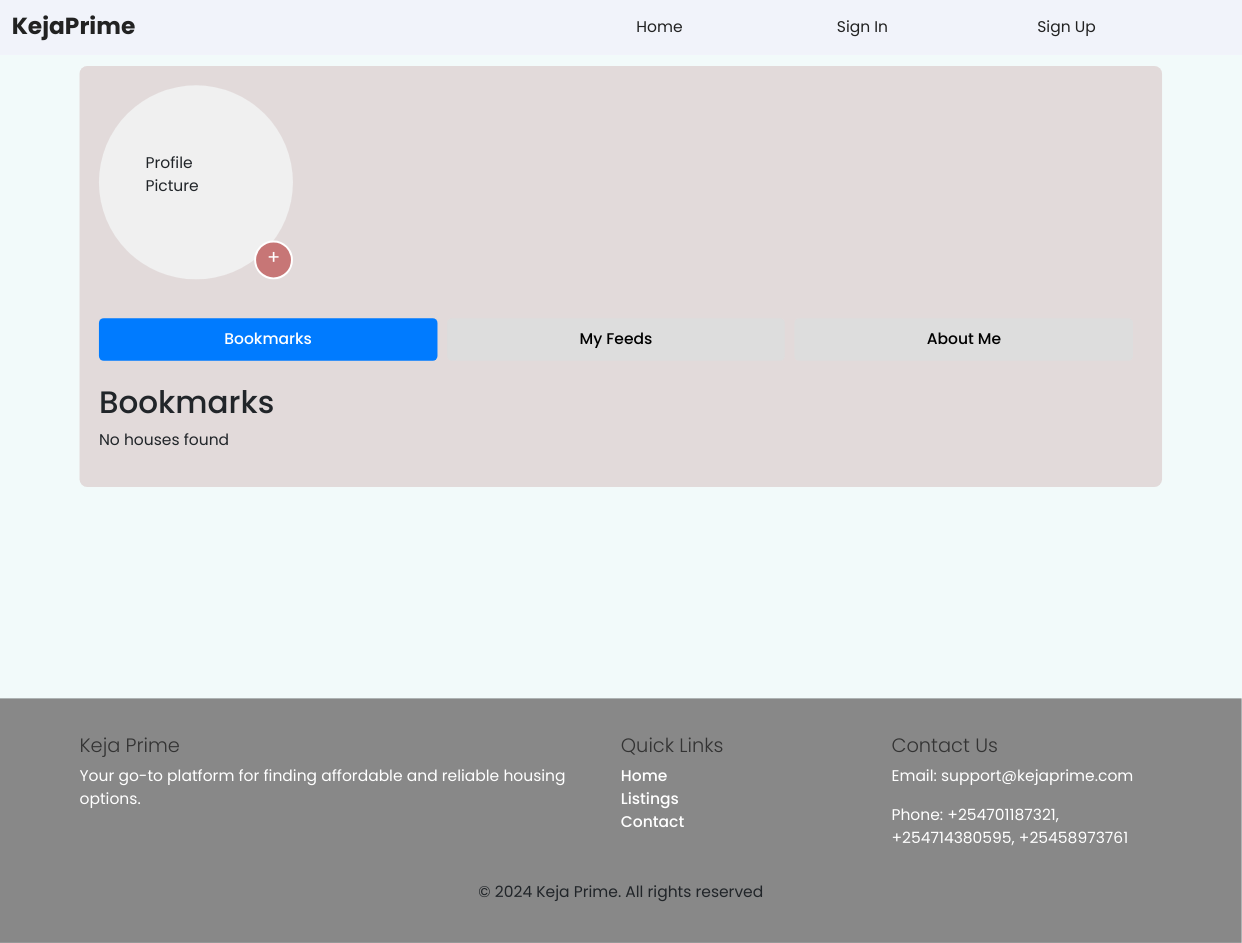
Repository: Pascal7601/kejaPrime
Page: /profile (app in frontend/)
These files come from the project's save history. The page is drawn as it stood at one moment and after the next save; the edit follows.
The browser window is 1280 px wide. The pictures show the whole page, at 97% of full size.
The page's requests for data from a server got no answer. The project was rebuilt for these pictures with package versions that can differ from the ones it lists, and the page was loaded fresh each time. No one was signed in, and anything a server would have sent is missing. Also part of the build but not shown: frontend/vite.config.js, frontend/src/styles/HeroSection.css, frontend/src/components/HeroSection.jsx, frontend/src/pages/Home.jsx, frontend/src/components/Houses.jsx, frontend/src/pages/Listings.jsx, frontend/src/styles/PostHouse.css, frontend/src/pages/PostHouse.jsx and 10 more.

Above is the page before, as saved 2024-10-22 14:45:54.

### frontend/index.html
<!doctype html>
<html lang="en">
  <head>
    <meta charset="UTF-8" />
    <link rel="icon" type="image/svg+xml" href="../frontend/src/assets/favicon.svg" />
    <meta name="viewport" content="width=device-width, initial-scale=1.0" />
    <script src="https://cdn.jsdelivr.net/npm/@popperjs/core@2.11.6/dist/umd/popper.min.js"></script>
    <script src="https://cdn.jsdelivr.net/npm/bootstrap@5.2.0/dist/js/bootstrap.bundle.min.js"></script>
    <link rel="preconnect" href="https://fonts.googleapis.com">
    <link rel="preconnect" href="https://fonts.gstatic.com" crossorigin>
    <link href="https://fonts.googleapis.com/css2?family=Poppins:ital,wght@0,100;0,200;0,300;0,400;0,500;0,600;0,700;0,800;0,900;1,100;1,200;1,300;1,400;1,500;1,600;1,700;1,800;1,900&display=swap" rel="stylesheet">
    <title>KejaPrime</title>
  </head>
  <body>
    <div id="root"></div>
    <script type="module" src="/src/main.jsx"></script>
  </body>
</html>

### frontend/src/App.jsx
import React from 'react';
import { BrowserRouter as Router, Route, Routes } from 'react-router-dom';
import { AuthProvider } from './utils/AuthContext';
import Home from './pages/Home';
import Listings from './pages/Listings';
import ProfilePage from './pages/ProfilePage';
import SignUp from './components/SignUp';
import FeedsPage from './pages/FeedsPage'
import PostHouse from './pages/PostHouse';
import SignIn from './components/SignIn';
import Dashboard from './components/Dashboard';

import './App.css';

function App() {

  return (
    <AuthProvider>
      <Router>
            <Routes>
              <Route path="/Sign-up" element={<SignUp />} />
              <Route path="/Sign-in" element={<SignIn />} />
              <Route path="/" element={<Home />} />
              <Route path="/home" element={<Home />} />
              <Route path="/dashboard" element={<Dashboard />} />
              <Route path="/feeds" element={<FeedsPage />} />
              <Route path="/listings" element={<Listings />} />
              <Route path="/profile" element={<ProfilePage />} />
              <Route path="/post-house" element={<PostHouse />} />
            </Routes>
      </Router>
    </AuthProvider>
  );
}

export default App

### frontend/src/utils/AuthContext.jsx
import React, { createContext, useEffect, useState } from 'react';
import axios from 'axios';

export const AuthContext = createContext();

export const AuthProvider = ({ children }) => {
  const [isLoggedIn, setIsLoggedIn] = useState(false);
  const [userType, setUserType] = useState('');  // Manage roles (landlord, tenant, etc.)
  const [accessToken, setAccessToken] = useState(null);

  // Fetch token from localStorage on mount
  useEffect(() => {
    const storedToken = localStorage.getItem('access_token');
    if (storedToken) {
      setAccessToken(storedToken);
      checkAuthStatus(storedToken);  // Check if token is still valid
    }
  }, []);

  // Store or remove the token from localStorage when `accessToken` changes
  useEffect(() => {
    if (accessToken) {
      localStorage.setItem('access_token', accessToken);
    } else {
      localStorage.removeItem('access_token');
    }
  }, [accessToken]);

  /**
   * Check if the user is authenticated based on the access token.
   * This function should ideally be called when the app starts (if there's a token).
   */
  const checkAuthStatus = async (token) => {
    if (!token) {
      setIsLoggedIn(false);
      return;
    }

    try {
      const response = await axios.get('http://localhost:8000/api/v1/users/profile', {
        headers: {
          Authorization: `Bearer ${token}`,
        },
      });

      if (response.status === 200) {
        setIsLoggedIn(true);
        setUserType(response.data.is_landlord ? 'landlord' : 'tenant');  // Adjust role
        console.log("User type:", response.data.is_landlord ? 'landlord' : 'tenant');
      } else {
        console.log('User not logged in');
        setIsLoggedIn(false);
        handleLogout();  // Clear token if the user is unauthorized
      }
    } catch (error) {
      console.error('Error checking authentication status:', error);
      setIsLoggedIn(false);
      handleLogout();  // Clear token in case of failure
    }
  };

  /**
   * Login function to authenticate the user and retrieve the access token.
   */
  const login = async (email, password) => {
    try {
      const response = await axios.post('http://localhost:8000/api/v1/auth/sign_in', { email, password });

      if (response.status === 200) {
        setAccessToken(response.data.access_token);
        setUserType(response.data.is_landlord ? 'landlord' : 'tenant');  // Determine role from response
        setIsLoggedIn(true);
      } else {
        console.error('Error logging in:', response.data);
      }
    } catch (error) {
      console.error('Error logging in:', error);
    }
  };

  /**
   * Logout function to clear user session and token.
   */
  const logout = () => {
    setIsLoggedIn(false);
    setUserType('');
    setAccessToken(null);
    localStorage.removeItem('access_token');
  };

  /**
   * Optionally refresh the token if needed (implement if your backend supports token refreshing).
   */

  return (
    <AuthContext.Provider value={{ isLoggedIn, userType, login, logout }}>
      {children}
    </AuthContext.Provider>
  );
};

### frontend/src/pages/ProfilePage.jsx
import React from 'react';
import Profile from "../components/Profile";
import "../styles/ProfilePage.css";

const ProfilePage = () => {
	return (
		<>
			<Profile />
		</>
	);
}

export default ProfilePage;

### frontend/src/App.css
@import url('https://fonts.googleapis.com/css2?family=Poppins:ital,wght@0,100;0,200;0,300;0,400;0,500;0,600;0,700;0,800;0,900;1,100;1,200;1,300;1,400;1,500;1,600;1,700;1,800;1,900&display=swap');
*{
	font-family: "Poppins", sans-serif;
	margin: 0;
	padding: 0;
	width: 100%;
	box-sizing: border-box;
}

body {
	margin: 0;
	font-family: "Poppins", sans-serif;
	width: 100%;
	background-color: rgb(229, 245, 245);
}

### frontend/src/components/Navbar.jsx
import React from 'react';
import { useContext } from 'react';
import { AuthContext } from '../utils/AuthContext';
import { Link, useNavigate } from 'react-router-dom';
import 'bootstrap/dist/css/bootstrap.min.css';
import '../styles/Navbar.css';


function Navbar() {
  // Destructure values from AuthContext
  const { isLoggedIn, userType, logout } = useContext(AuthContext);

  const navigate = useNavigate();

  const handleLogout = () => {
    navigate('/sign-in');
    logout(); // Call the logout function from AuthContex
  };

  return (
    <nav className="navbar navbar-expand-lg custom-navbar fixed-top">
      <div className="container-fluid">
        <Link className="navbar-brand" to="/">
          <h1>
            Keja<span>Prime</span>
          </h1>
        </Link>
        <button
          className="navbar-toggler"
          type="button"
          data-bs-toggle="collapse"
          data-bs-target="#navbarNav"
          aria-controls="navbarNav"
          aria-expanded="false"
          aria-label="Toggle navigation"
        >
          <span className="navbar-toggler-icon"></span>
        </button>
        <div className="collapse navbar-collapse" id="navbarNav">
          <ul className="navbar-nav">
            {/* Home link always available */}
            <li className="nav-item">
              <Link className="nav-link" to="/">
                Home
              </Link>
            </li>

            {isLoggedIn ? (
              <>
                {/* Tenant-specific links */}
                {userType === 'tenant' && (
                  <>
                    <li className="nav-item">
                      <Link className="nav-link" to="/dashboard">
                        Apartments
                      </Link>
                    </li>
                    {/* <li className="nav-item">
                      <Link className="nav-link" to="/listings">
                        Listings
                      </Link>
                    </li> */}
                    <li className="nav-item">
                      <Link className="nav-link" to="/feeds">
                        Feeds
                      </Link>
                    </li>
                    <li className="nav-item">
                      <Link className="nav-link" to="/profile">
                        Profile
                      </Link>
                    </li>
                  </>
                )}

                {/* Landlord-specific links */}
                {userType === 'landlord' && (
                  <>
                    <li className="nav-item">
                      <Link className="nav-link" to="/dashboard">
                        Apartments
                      </Link>
                    </li>
                    <li className="nav-item">
                      <Link className="nav-link" to="/profile">
                        Profile
                      </Link>
                    </li>
                  </>
                )}

                {/* Logout button available when logged in */}
                <li className="nav-item">
                  <button className="nav-link btn" onClick={handleLogout}>
                    Logout
                  </button>
                </li>
              </>
            ) : (
              // Display Sign In/Sign Up links when not logged in
              <>
                <li className="nav-item">
                  <Link className="nav-link" to="/sign-in">
                    Sign In
                  </Link>
                </li>
                <li className="nav-item">
                  <Link className="nav-link" to="/sign-up">
                    Sign Up
                  </Link>
                </li>
              </>
            )}
          </ul>
        </div>
      </div>
    </nav>
  );
}

export default Navbar;

### frontend/src/components/Footer.jsx
import React from 'react'
import 'bootstrap/dist/css/bootstrap.min.css';
import '../styles/Footer.css';

const Footer = () => {
	const currentYear = new Date().getFullYear();
  return (
	<footer className='footer py-4'>
		<div className='container'>
			<div className='row'>
				<div className='col-md-6'>
					<h5 className='footer-title'>Keja Prime</h5>
					<p className='footer-description'>
					Your go-to platform for finding affordable and reliable housing options.
					</p>
				</div>
				<div className="col-md-3">
					<h5 className="footer-links-title">Quick Links</h5>
            		<ul className="list-unstyled">
						<li><a href="/" className="text-white">Home</a></li>
              			<li><a href="/listings" className="text-white">Listings</a></li>
              			<li><a href="/contact" className="text-white">Contact</a></li>
            		</ul>
				</div>
				<div className='col-md-3'>
					<h5 className='footer-contact-title'> Contact Us</h5>
					<p>Email: support@kejaprime.com</p>
					<p>Phone: +254701187321, +254714380595, +25458973761</p>
				</div>
			</div>
			<div className='text-center mt-3'>
				<p className='text-dark'>&copy; {currentYear} Keja Prime. All rights reserved</p>
			</div>
		</div>
	</footer>
  );
};

export default Footer;

### frontend/src/styles/HomePage.css
.body-home{
	width: 100%;
	margin-top:20px;
}
.section-1{
	width: 100%;
	text-align: center;
}
.section-1 h2{
	font-size: 40px;
	font-weight: bold;
	color: #4ea685;
}
.about-us{
	display: flex;
	margin-top: 25px;
    flex-direction: row;
    align-items: center;
    justify-content: space-between;
    text-align: left;
	background-color: #F1F3FA;
	margin-bottom: 20px;
    padding: 20px;
    max-width: 100%;
}
.about-us img {
    max-width: 50%;
    height: 400px;
    border-radius: 8px;
    width: 400px
}

.about-us p {
    flex: 1;
    font-size: 1.1em;
    line-height: 2;
    margin-left: 15px;
    color: #333;
}


@media (max-width: 768px) {
    .about-us {
        flex-direction: column;
        text-align: center;
    }

    .about-us img {
        max-width: 80%;
        margin-bottom: 20px;
    }

    .about-us p {
		text-align: left;
        margin-left: 0;
        font-size: 1em;
    }
}

/**--------Goals-----------**/
.body-home h4{
	font-weight: 300;
}
.goals{
	display: flex;
	margin-top: 25px;
    flex-direction: row;
    align-items: center;
    justify-content: space-between;
    text-align: left;
	margin-bottom: 20px;
    padding: 20px;
    max-width: 100%;
}
.goals img {
    max-width: 50%;
    height: 400px;
    border-radius: 8px;
}

.p-goals {
	border: 1px solid red;
	display: flex;
	align-items: center;
	font-size: 1.1em;
	line-height: 2;
	color: #333;
}

.icon-wrapper {
	width: 20px;
	height: 20px;
	display: flex;
	justify-content: center;
	align-items: center;
}
.list {
	align-items: center;
	background: url( '../assets/circle.svg');
	background-repeat: no-repeat;
	font-size: 18px;
	line-height: 3rem;
	padding: 20px;
    text-align: left;
	background-position: calc(-50% - 20px) top;
	border-radius: 10px;
	box-shadow: 0 4px 6px #4ea685;
}
ul {
	border-radius: 10px;
	list-style: none;
}
.icon-wrapper svg circle {
	stroke-width: 2px;
	stroke-linecap: round;
	stroke-linejoin: round;
}

@media (max-width: 768px) {
    .goals {
        flex-direction: column;
        text-align: center;
    }

    .goals img {
        max-width: 80%;
        margin-bottom: 20px;
    }
	.list {
		background: none;
	}


    .goals p {
		text-align: left;
        margin-left: 0;
        font-size: 1em;
    }
}

### frontend/src/styles/Footer.css
.footer{
	background: #4ea685;
	color: #222222;
}

### frontend/src/styles/FeedsPage.css
@import url('https://fonts.googleapis.com/css2?family=Poppins:ital,wght@0,100;0,200;0,300;0,400;0,500;0,600;0,700;0,800;0,900;1,100;1,200;1,300;1,400;1,500;1,600;1,700;1,800;1,900&display=swap');
.right-side::-webkit-scrollbar {
    display: none;
}
body {
    -ms-overflow-style: none;
    scrollbar-width: none;
}
.feeds-page {
	height: 100vh;
	overflow: hidden;
}
.right-side{
	width:60%;
	margin-top: 60px;
	display: flex;
  	justify-content: center;
	padding-bottom: 20px;
}

.row {
height: 100%;
}

.create-feed {
	position: fixed;
	background-color: #F1F3FA;
	top: 28%;
	width: 100%;
	max-width: 550px;
	z-index: 1;
}
.right-side {
	overflow-y: auto;
	height: 100%;
	background: radial-gradient(circle, #4ea685, #3e8f70);
	padding-bottom:20px;
	text-align: center;
}
.feed-item {
	position: relative;
	border: 1px solid #ddd;
	border-radius: 8px;
	background-color: #fff;
	padding: 10px;
	margin-bottom: 15px;
}
.feed-item {
	display: flex;
  	justify-content: center;
	text-align: center;
	width: 70%;
	margin-left: 80px;
}

.feed-img {
	max-width: 100%;
	background-size: cover;
	height: 400px;
	border-radius: 5px;
}
.btn1{
	color: #fff;
	background-color: #4ea685;
	border: none;
	max-width: 100px;
	font-weight: 200;
}
.form-control{
	border: none;
}
h5{
	font-weight: 300;
	color: #333;
}
.creat{
	font-weight: 500;
	color: #4ea685;
	margin-bottom: 20px;
}
/*-----Bookmark-------*/
.bookmark-btn{
	display: flex; /* Enable flexbox */
  	justify-content: center;
	position: absolute;
	bottom: 10px;
	justify-content: center;
	width: 30px;
	align-items: center;
	right: 15px;
	background-color: rgba(0, 0, 0, 0.5);
	color: #fff;
	background: none;
	padding: 8px 12px;
	border: none;
	cursor: pointer;
	border-radius: 5px;
	padding: 0;

}
.bookmark-btn svg {
	width: 100%;
	height: 100%;
	color: #333;
	border: none;
	font-weight: 500;
	fill: currentColor;
}
.bookmark-btn svg:hover {
	background: #4ea685;
}


@media (max-width: 768px) {
	.right-side {
	  width: 100%;
	  margin-top: 100px;
	}
	.create-feed{
		display: none;
	}
	.left-side{
		display: flex;
		flex-direction: column;
		gap: 10px;
		width: 100%;
	}
}
@media (max-width: 480px) {
	.house-row {
	  grid-template-columns: 1fr;
	}
	.left-side{
		display: flex;
		flex-direction: row;
		flex-wrap: wrap;
		gap: 10px;
		width: 100%;
	}
	.create-feed{
		display: none;
	}
}

### frontend/src/styles/Navbar.css
nav ul {
	list-style-type: none;
	margin: 0;
	padding: 0;
	justify-content: flex-end;
  }
.nav-item1 {
	padding-top: 10px;
	border: 1px solid red;
}
  nav ul li a {
	text-decoration: none;
	color: #333;
	font-weight: bold;
  }

  nav h1 {
	display: inline-block;
	margin: 0;
	font-size: 24px;
	font-weight: bold;
  }
  h1 span {
}
.custom-navbar {
	background-color: #F1F3FA;
	color: #222222;
}

.custom-navbar .navbar-nav .nav-link {
	color: #222222;
}

  .custom-navbar .navbar-brand {
	color: #222222;

  }

  .custom-navbar .navbar-toggler-icon {
	filter: brightness(100%);
  }

  .custom-navbar .navbar-nav .nav-link:hover {
	color: #4ea685;
  }

  .custom-navbar .btn-link {
	color: #ffffff;
  }

### frontend/src/styles/Houses.css
@import url('https://fonts.googleapis.com/css2?family=Poppins:ital,wght@0,100;0,200;0,300;0,400;0,500;0,600;0,700;0,800;0,900;1,100;1,200;1,300;1,400;1,500;1,600;1,700;1,800;1,900&display=swap');
body, html {
	margin: 0;
	padding: 0;
	box-sizing: border-box;
	font-family: "Poppins", sans-serif;
	width: 100%;
}
.houses-container {
	display: flex;
	flex-direction: column;
	align-items: center;
	padding: 1.5rem;
	margin-top: 50px;
	width: 100%;

}

.house-row{
	display: grid;
	grid-template-columns: repeat(auto-fill, minmax(250px, 1fr));
	gap: 1rem;
	width: 100%;

}

.house-card {
	background-color: #F1F3FA;
	padding: 10px;
	border-radius: 8px;
	margin: 0 10px;
	box-shadow: 0 4px 6px rgba(0, 0, 0, 0.1);
	transition: transform 0.2s ease-in-out;
  	flex-direction: column;

}

.house-card:hover {
	transform: translateY(-5px);
}

.house-image {
	width: 100%;
	object-fit: cover;
	border-top-left-radius: 8px;
	border-top-right-radius: 8px;
}

.house-info {
	padding: 1.5rem;
}

h5 {
	margin-top: 12px;
	font-weight: 400;
	color: #003b95;
	margin-bottom: 0.5rem;
}
.price{
	color: #003b95;
}

strong {
	font-weight: bold;
}
.location-icon {
	margin-right: 5px;
	margin-left: 5px;
	width: 10%;
	color: #e0354b;
 	align-items: center;
	margin: 0;
}
.icon-locator{
	display: flex;

}
.price{
	color: #498862;
	font-weight: 700;
	font-size: 16px;
}

.p{
	font-size: 14px;
	color: #060b20;
	margin: 0;
	line-height: 1.5;
	font-weight: 300;
}

.filter-bar {
	display: flex;
	justify-content: space-between;
	margin-bottom: 20px;
}

.filter-bar input,
.filter-bar button {
	padding: 5px 10px;
	font-size: 16px;
}
.save-button {
	border: 1px solid red;
}
@media (max-width: 768px) {
	.house-row {
	  grid-template-columns: repeat(auto-fill, minmax(200px, 1fr));
	}
}
@media (max-width: 480px) {
	.house-row {
	  grid-template-columns: 1fr;
	}
}

### frontend/src/styles/Profile.css
.navbar {
    margin-bottom: 10px;
}
/* Profile page container */
.profile-page {
  display: flex;
  justify-content: center;
  align-items: flex-start;
  padding: 20px;
  background-color: rgba(255, 255, 255, 0.5);
  min-height: 100vh;
}

.profile-container {
  display: flex;
  gap: 20px;
  align-items: flex-start;  /* Align items to the top */
}

/* Landlord-specific layout */
.landlord-layout {
  flex-direction: row;
}

.tenant-layout {
  flex-direction: column;
}

/* Left Panel for PostHouse form */
.left-panel {
  flex: 1;  /* Adjusts based on screen size */
  max-width: 300px;
  padding: 15px;
  background-color: #ebc1c1;
  border-radius: 8px;
  margin-right: 20px;
}
.left-panel h4 {
  margin-bottom: 15px;
  font-weight: bold;
  font-family:Arial, Helvetica, sans-serif;
}

/* Right Panel */
.right-panel {
  flex: 3;  /* Takes up more space for profile details */
  padding: 20px;
  background-color: #e2dada;
  border-radius: 8px;
}
/* Full-width for tenant */
.full-width {
  flex: 1;
  width: 100%;
}
.profile-header {
    margin-bottom: 40px;
}
.profile-picture-container {
  position: relative;
  width: 200px; /* Adjust the size as needed */
  height: 200px; /* Adjust the size as needed */
}
#file-upload {
  display: none; /* Hide the actual file input */
}
.profile-picture-container button {
  width: 100%; /* Make the button fill the container width */
}
.profile-picture {
  width: 100%;
  height: 100%;
  border-radius: 50%;
  object-fit: cover;
}
.placeholder-circle {
  width: 100%;
  height: 100%;
  border-radius: 50%;
  background-color: #f0f0f0;
  display: flex;
  justify-content: center;
  align-items: center;
  font-size: 16px;
}

.plus-sign-label {
  position: absolute;
  bottom: 0;
  right: 0;
  width: 40px;
  height: 40px;
  background-color: rgb(199, 118, 118);
  color: #fff;
  border-radius: 50%;
  text-align: center;
  line-height: 30px;
  font-size: 20px;
  cursor: pointer;
  border: 2px solid #fff;
}
.plus-sign-label:hover {
  background-color: #ddd;
}

/* Tabs */
.profile-tabs {
    display: flex;
    justify-content: space-around;
    margin-bottom: 20px;
}

.tab-button {
    padding: 10px 20px;
    border: none;
    cursor: pointer;
    background-color: #ddd;
    border-radius: 5px;
    margin-right: 10px;
    transition: background-color 0.3s, color 0.3s; /* Smooth transition for hover effect */
}
.tab-button:hover {
    background-color: #00b3a4; /* light green on hover */
    color: #f0f0f0; /* Lighter text color on hover */
}

.tab-button.active {
    background-color: #007bff;
    color: white;
}

/* Tenant View - No Left or Right Panels */
.tenant-view .left-panel {
  display: none;
}

/* House list styling */
.houses-section {
    width: 100%;
}

.house-list {
    display: flex;
    flex-wrap: wrap;
    gap: 20px;
    justify-content: center;
}

.house-item {
    background-color: #f9f9f9;
    border: none;
    border-radius: 10px;
    padding: 15px;
    width: 300px;
    text-align: center;
}

.house-image {
    max-width: 100%;
    height: auto;
}

.profile-about {
    text-align: left;
    width: 100%;
    max-width: 600px;
}

/* feed section styling */
.feed-list {
    display: flex;
    flex-wrap: wrap;
    justify-content: start;
    gap: 20px;
    margin-top: 20px;
  }

  .feed-item {
    background-color: #f9f9f9;
    padding: 20px;
    border-radius: 10px;
    box-shadow: 0 2px 8px rgba(0, 0, 0, 0.1);
    width: 300px; /* Set the width for each card */
    display: flex;
    flex-direction: column;
    align-items: center;
  }

  .feed-image {
    width: 100%; /* Make the image fit within the card */
    height: 200px;
    object-fit: cover; /* Ensure the image scales without distortion */
    border-radius: 10px;
    margin-bottom: 15px;
  }

  .feed-item p {
    margin: 5px 0; /* Spacing between paragraphs */
  }
  .footer {
    padding: 10px 0; /* Add padding for the footer */
    margin-top: 0px;
    background-color: #888;
    color: white;
  }

  /* For smaller screens */
  @media (max-width: 768px) {
    .feed-list {
      flex-direction: column; /* Stack the feed cards on small screens */
    }

    .feed-item {
      width: 100%; /* Take up full width on small screens */
    }
  }

Loaded but not shown: frontend/src/main.jsx (common file); frontend/src/index.css (common file); frontend/src/components/Profile.jsx (316 lines, source omitted); frontend/src/styles/ProfilePage.css (no stored copy; drawn as an empty file)

After the next save:
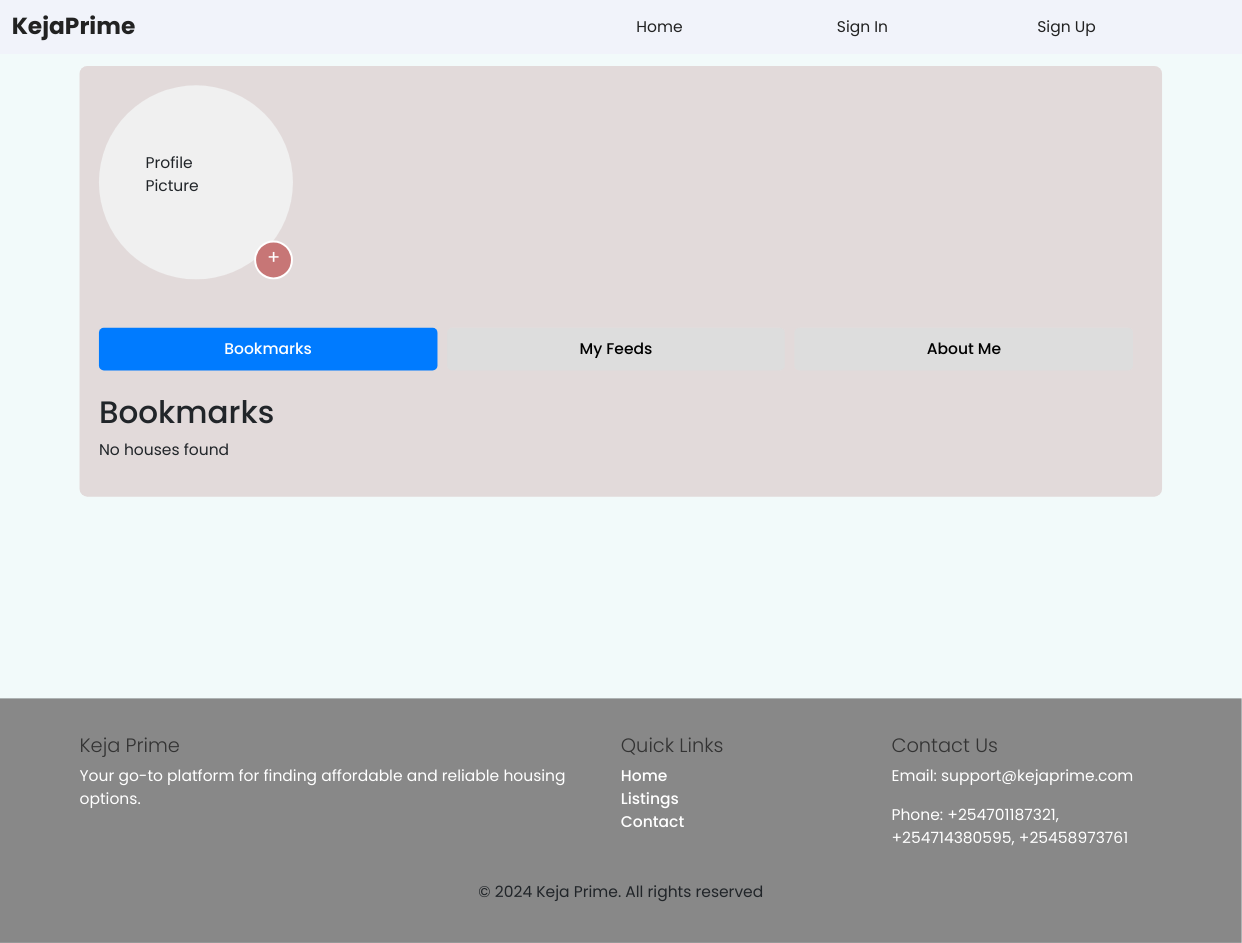
Saved 6 s later.
--- a/frontend/src/styles/Profile.css
+++ b/frontend/src/styles/Profile.css
@@ -54,7 +54,7 @@
   width: 100%;
 }
 .profile-header {
-    margin-bottom: 40px;
+    margin-bottom: 50px;
 }
 .profile-picture-container {
   position: relative;
